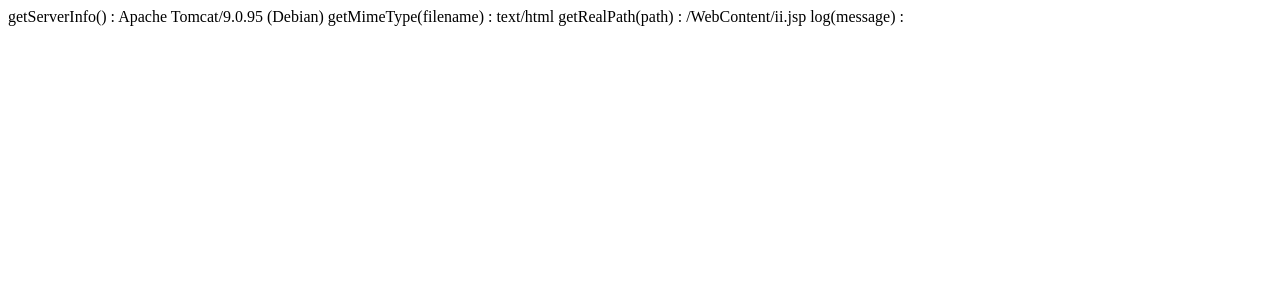
Repository: minkyung0421/JSP_Study
Page: http://localhost/Chapter07/applicationTest.jsp
These files come from the project's save history. The page is drawn as it stood at one moment and after the next save; the edit follows.
The browser window is 1280 px wide. The pictures show the whole page.
The page is served by Tomcat 9.

Above is the page before, as saved 2018-07-05 04:31:50.

### Chapter07/WebContent/applicationTest.jsp
<%@ page language="java" contentType="text/html; charset=UTF-8"
    pageEncoding="UTF-8"%>
<!DOCTYPE html>
<html>
<head>
<meta charset="UTF-8">
<title>Insert title here</title>
</head>
<body>
getServerInfo() : <%= application.getServerInfo() %>
getMimeType(filename) : <%= application.getMimeType("test.html") %>
getRealPath(path) : <%= application.getRealPath("ii.jsp") %>
log(message) : <%log("졸려.."); %>

<%
	String name = (String)application.getAttribute("mamamoo");

%>
</body>
</html>

### Chapter07/WebContent/ii.jsp
<%@ page language="java" contentType="text/html; charset=UTF-8"
    pageEncoding="UTF-8"%>
<!DOCTYPE html>
<html>
<head>
<meta charset="UTF-8">
<title>Insert title here</title>
</head>
<body>
현재 페이지는 ii.jsp 입니다. <br>

<%
	response.sendRedirect("jj.jsp");
%>
</body>
</html>

After the next save:
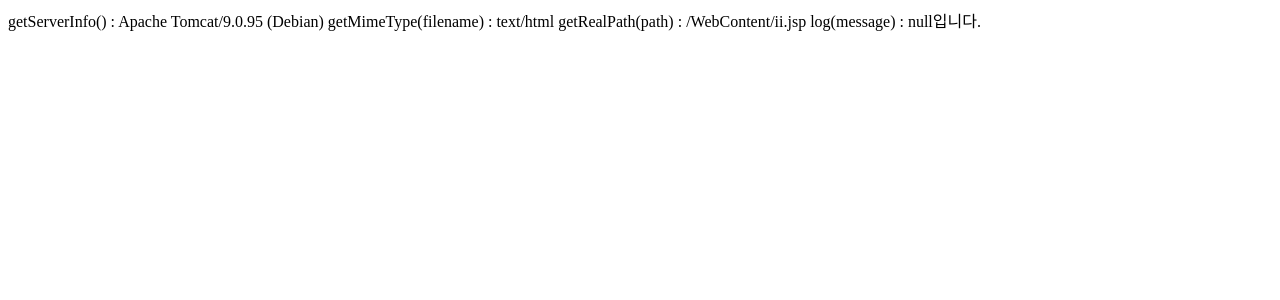
Saved 10 s later.
--- a/Chapter07/WebContent/applicationTest.jsp
+++ b/Chapter07/WebContent/applicationTest.jsp
@@ -15,6 +15,9 @@
 <%
 	String name = (String)application.getAttribute("mamamoo");
 
+
 %>
+
+<%= name %>입니다.
 </body>
 </html>

After the save that followed:
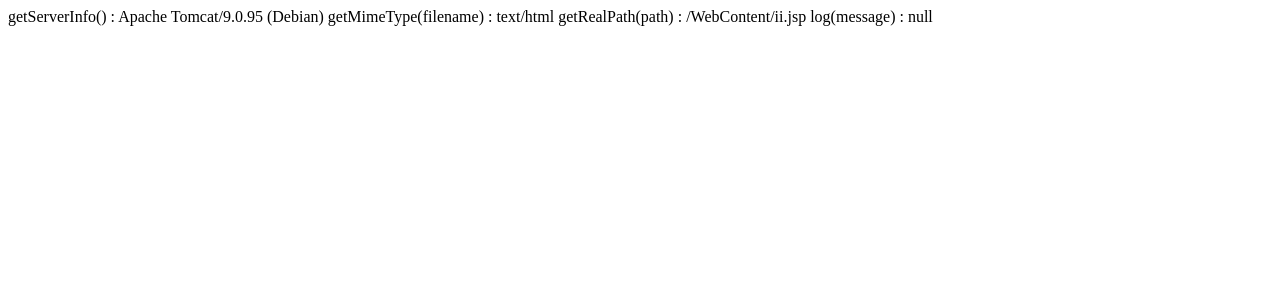
Saved 7 s later.
--- a/Chapter07/WebContent/applicationTest.jsp
+++ b/Chapter07/WebContent/applicationTest.jsp
@@ -18,6 +18,6 @@
 
 %>
 
-<%= name %>입니다.
+<%= name %>
 </body>
 </html>
